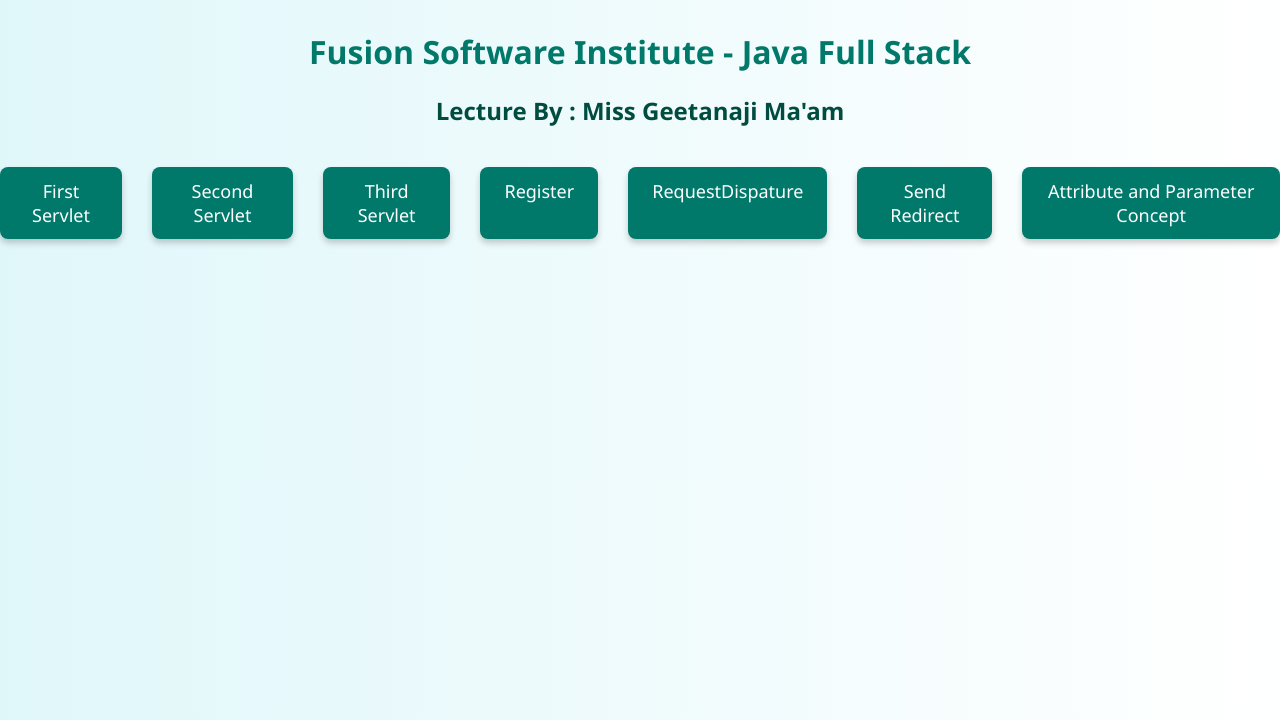
Repository: AkshayKPrajapati/CodingHub
Page: Servlet/WebContent/Index.html
These files come from the project's save history. The page is drawn as it stood at one moment and after the next save; the edit follows.
The browser window is 1280 px wide. The pictures show the whole page.

Above is the page before, as saved 2025-10-13 19:53:24.

After the next save:
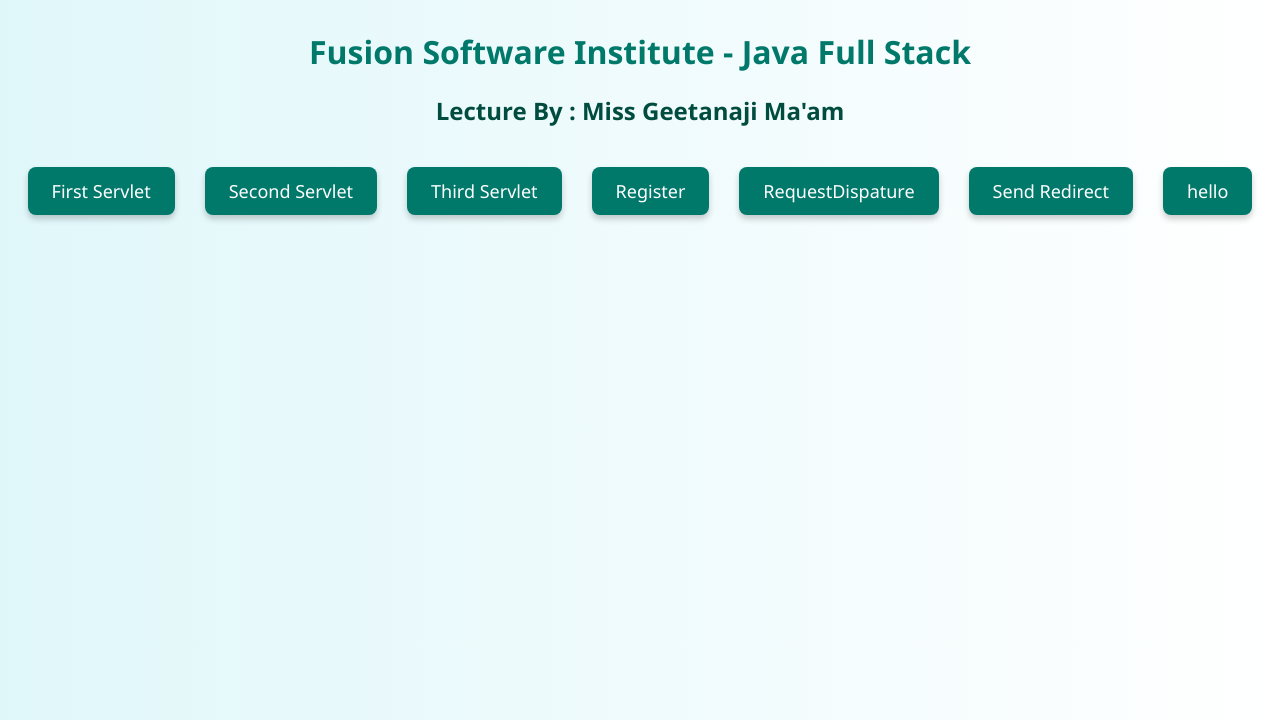
Saved 61 min 47 s later.
--- a/Servlet/WebContent/Index.html
+++ b/Servlet/WebContent/Index.html
@@ -58,7 +58,7 @@
        	<a href="register.html">Register</a>
        	<a href="requestDispature.html">RequestDispature</a>
        	<a href="sendRedirect.html">Send Redirect</a>
-       	<a href="ap.html">Attribute and Parameter Concept</a>
+       	<a href="attributeParameter.html">hello</a>
     </div>
 </body>
 </html>
